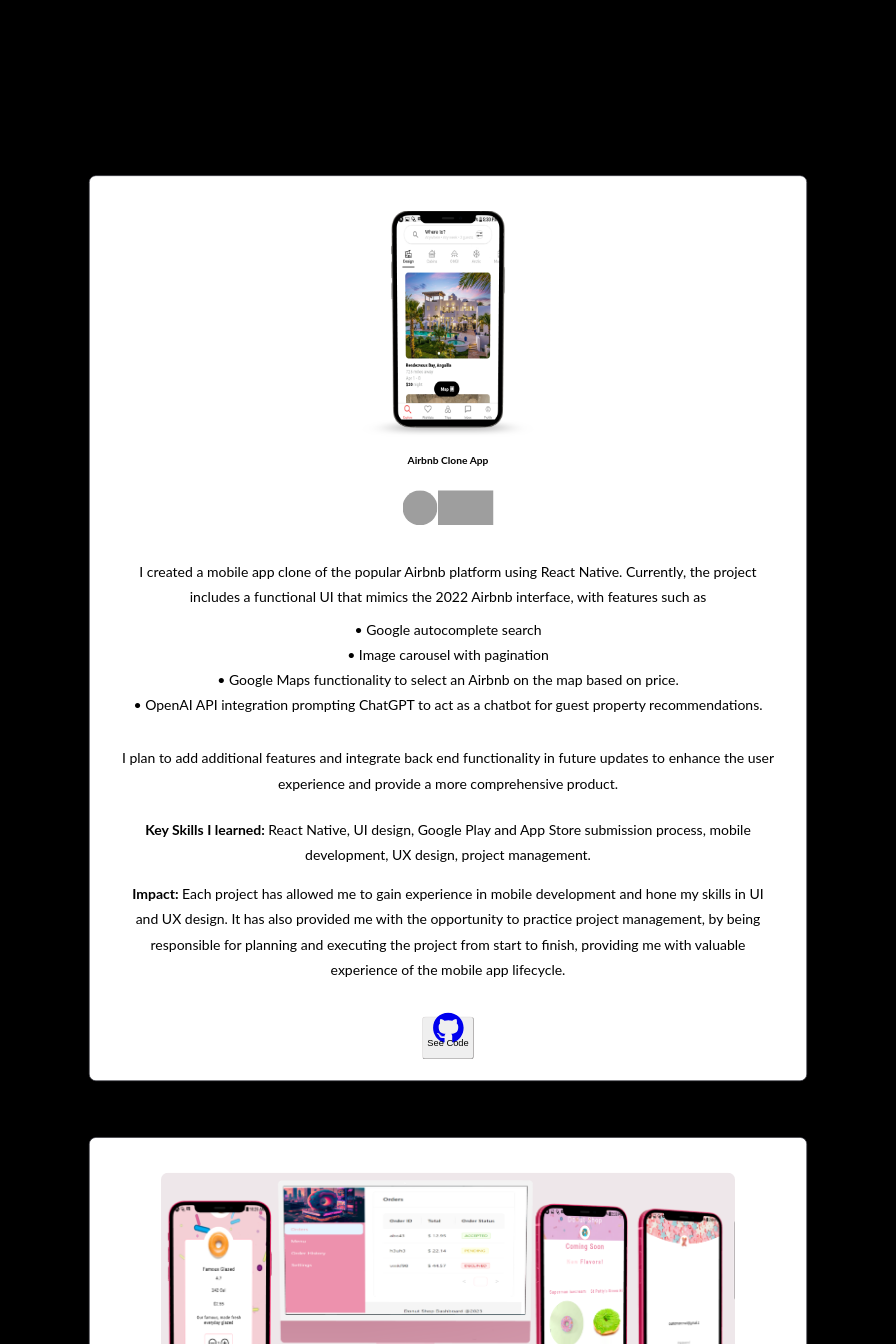
Repository: JamesPesenti/portfolio
Page: /
The author's editor kept a copy of each file at every save. The page is drawn from the files as they stood at one save, then again after the next save.
The browser window is 1280 px wide. The pictures show the part of the page from y = 1279 to 3199 px (the page is 6929 px tall), at 70% of full size.
Pictures or frames that could not be fetched are drawn as grey boxes. The project was rebuilt for these pictures with package versions that can differ from the ones it lists, and the page was loaded fresh each time. Imported but missing from the stored project, and not drawn on this page: src/Components/James Pesenti Resume 2023.pdf.

Above is the page before, as saved 2023-05-31 12:52:02.

### public/index.html
<!DOCTYPE html>
<html lang="en">
  <head>
    <meta charset="utf-8" />
    <link rel="" href="" />
    <meta name="viewport" content="width=device-width, initial-scale=1" />
    <meta name="theme-color" content="#000000" />
    <meta name="description" content="James Pesenti Portfolio 2023" />
    <link rel="apple-touch-icon" href="" />
    <link rel="manifest" href="%PUBLIC_URL%/manifest.json" />

    <title>Portfolio 2023</title>

  </head>
  <body>
    <div id="root"></div>
  </body>
</html>

### src/Components/Navbar.jsx
import React, {Component} from 'react'
import { FaGithub } from "react-icons/fa";
import { FaEnvelope } from "react-icons/fa";
import { FaFile } from "react-icons/fa";
import Pdf from "../Components/James Pesenti Resume 2023.pdf"


const Navbar = () => {
  return (
    <>
          <div className="navbar flex">
            <div className="container">
                <nav>
                  <ul style={{textAlign: "center", marginTop: 70, position: 'relative', left: 0, top: -2}}>
                    <li>
                      <a className="App-link"  href="mailto:jamespesenti91@gmail.com" target="_blank" rel="noopener noreferrer">
                      <FaEnvelope size={35} style={{display: "flex", textAlign: "center", marginLeft: 10}}/>
                          Contact
                      </a>
                    </li>
                    <li>
                      <a className="App-link" href="https://github.com/JamesPesenti" target="_blank" rel="noopener noreferrer">
                        <FaGithub size={35} style={{display: "flex", textAlign: "center", marginLeft: 10}} />
                        GitHub
                      </a>
                    </li>
                    <li>
                      <a className="App-link" href={Pdf} target="_blank" rel="noopener noreferrer">
                        <FaFile size={35} style={{display: "flex", textAlign: "center", marginLeft: 10}} />
                        Resume
                      </a>
                    </li>
                  </ul>
                </nav>
                {/* <h4 style={{color: "white", textAlign: 'center', marginBottom:-440}}>
                  See my work below and send a message to get in touch
                </h4> */}
            </div>
          </div>
    </>
  )
}

export default Navbar

### src/Components/AboutMe.jsx
import React from 'react'
import { FontAwesomeIcon } from '@fortawesome/react-fontawesome'
import { FaGithub } from "react-icons/fa";
import { FaMapPin } from "react-icons/fa";

const AboutMe = () => {
  return (
    <>

        <div style={{justifyContent: "center", textAlign: "center", color: "white", padding: 50,}}>
            {/* Spinning image  */}
            {/* <img style={{padding: 10, borderRadius: "50%", width: 200, height: 200,}} src="/images/IMG_1619.jpg" className="App-logo" alt="logo" /> */}
            <img style={{padding: 10, borderRadius: "50%", width: 200, height: 200,}} src="/images/IMG_1619.jpg" alt="logo" />
            <h1>I'm James Pesenti</h1>
            <h2>a Software Developer building mobile apps and websites</h2>
              <FaMapPin size={20} style={{position: "relative", top: 5, right: 65, }} />
              <h3 style={{marginTop: -24}}> Chicago, IL</h3>
        </div>

</>
  )
}

export default AboutMe

### src/Components/Scroll.jsx
import React from 'react'
import '../CSS/App.css';


const Scroll = () => {

  return (
    <>

        <div style={{marginBottom: 400, justifyContnent: 'center'}} id="section09" class="demo">
          <a href="#parallaxContainer">
            <span></span>
            Scroll down to see my work
          </a>
        </div>

    </>
  )
}

export default Scroll

### src/Components/MyProjects.jsx
import UberGoogleButton from "../Components/UberGoogleButton"
import AstonGoogleButton from "./AstonGoogleButton"
import AstonAppleButton from "./AstonAppleButton"
import BarceGoogleButton from "../Components/BarceGoogleButton"
import BarceAppleButton from "./BarceAppleButton"
import { FaGithub } from "react-icons/fa";

const MyProjects = () => {
  return (

  <>
    <div id="parallaxContainer">

    {/* Airbnb Clone */}
    <div style={{ justifyContent: 'center', alignItems: 'center',  width: "80%", borderRadius: 10}} className="box">
            <div>
                <img style={{ borderRadius: 10, marginTop: 50, marginBottom: -35, width: "48%", height: 350, transition: ".7s", }} src="images/mockrocket-capture (11).png" />
            </div>
            <h4 style={{textAlign: 'center'}}>Airbnb Clone App</h4>
                <div style={{flexDirection: "row", padding: 10, borderRadius: 10, marginBottom: -40,}}>
                  <img style={{width: 50, height: 50, borderRadius: 50}} src="https://i.pinimg.com/originals/8a/02/1a/8a021aa097236b42dd71fb731e3d894d.gif"/>
                  <img style={{width: 80, height: 50, }} src="https://www.datocms-assets.com/45470/1631026680-logo-react-native.png"  />
                  {/* <img style={{width: 50, height: 50, }} src="https://pbs.twimg.com/profile_images/1114309924551417856/FKA4cm2x_400x400.png"  /> */}
                </div>
           <div>
            <p style={{fontSize: 20, textAlign: 'center', padding: 50, marginBottom: -60}}>I created a mobile app clone of the popular Airbnb platform using React Native. Currently, the project includes a functional UI that mimics the 2022 Airbnb interface, with features such as</p>
            <p style={{fontSize: 20, padding: 0, marginBottom: -20}}>&#8226; Google autocomplete search</p>
            <p style={{fontSize: 20,  padding: 0, marginBottom: -20}}>&#8226; Image carousel with pagination</p>
            <p style={{fontSize: 20, paddingHorizontal: 0, marginBottom: -20}}> &#8226; Google Maps functionality to select an Airbnb on the map based on price.</p>
            <p style={{fontSize: 20, paddingHorizontal: 0, marginBottom: -20}}> &#8226; OpenAI API integration prompting ChatGPT to act as a chatbot for guest property recommendations.</p>

            <p style={{fontSize: 20, textAlign: 'center', padding: 40, marginBottom: -60}}>I plan to add additional features and integrate back end functionality in future updates to enhance the user experience and provide a more comprehensive product.</p>
            <p style={{fontSize: 20, textAlign: 'center', padding: 30, marginBottom: -80}}><b> Key Skills I learned: </b>React Native, UI design, Google Play and App Store submission process, mobile development, UX design, project management.</p>
            <p style={{fontSize: 20, textAlign: 'center', padding: 50}}><b> Impact: </b> Each project has allowed me to gain experience in mobile development and hone my skills in UI and UX design. It has also provided me with the opportunity to practice project management, by being responsible for planning and executing the project from start to finish, providing me with valuable experience of the mobile app lifecycle.</p>
           </div>

           <div style={{flexDirection: "row"}}>
                {/* <UberGoogleButton  /> */}
                <button style={{marginTop: 10}} type="button" className="codeButton">
                  <a href="https://github.com/JamesPesenti/Airbnb" target="_blank" rel="noopener noreferrer">
                    <FaGithub  size={45} style={{ marginTop: -80, marginBottom: -25, justifyContent: "center", textAlign: "center"}} />
                  </a>
                  <p>See Code</p>
                </button>
                {/* <AstonAppleButton  /> */}
            </div>

        </div>


     {/* Donut Shop App */}
     <div style={{marginTop: 80, marginBottom: 20, justifyContent: 'center', alignItems: 'center',  width: "80%", borderRadius: 10}} className="box">
            <div>
                <img style={{ borderRadius: 10, marginTop: 50, width: "80%", height: 350, transition: ".7s", }} src="/images/appAndDashMock.png" />
            </div>
            <h4 style={{textAlign: 'center'}}>Donut Shop App & Dashboard</h4>
                <div style={{flexDirection: "row", padding: 10, borderRadius: 10, marginBottom: -40,}}>
                  <img style={{width: 50, height: 50, borderRadius: 50}} src="https://i.pinimg.com/originals/8a/02/1a/8a021aa097236b42dd71fb731e3d894d.gif"/>
                  <img style={{width: 80, height: 50, }} src="https://www.datocms-assets.com/45470/1631026680-logo-react-native.png"  />
                  <img style={{width: 50, height: 50, }} src="https://pbs.twimg.com/profile_images/1114309924551417856/FKA4cm2x_400x400.png"  />
                </div>
            <p style={{fontSize: 20,textAlign: 'center', padding: 50}}>I built this full stack Donut Shop e-commerce app along with an integratable React.js dashboard for the donut shop to receive a user's order from the app in real time. Users can check out new menu items, order donuts to pick up in store, and sign up for donut rewards.</p>

            <div style={{flexDirection: "row"}}>
                <UberGoogleButton  />
                <button style={{marginTop: 40}} type="button" className="codeButton">
                  <a href="https://github.com/JamesPesenti/Donut_Shop" target="_blank" rel="noopener noreferrer">
                    <FaGithub  size={45} style={{ marginTop: -80, marginBottom: -25, justifyContent: "center", textAlign: "center"}} />
                  </a>
                  <p>See Code</p>
                </button>
                <AstonAppleButton  />
            </div>

        </div>


    {/* Uber Eats App */}
    <div style={{marginTop: 80, marginBottom: 60, justifyContent: 'center', alignItems: 'center',  width: "80%", borderRadius: 10}} className="box">
            <div className="imgWrapper" style={{width: 480, height: 350}}>
                <img style={{ borderRadius: 5, marginTop: 50, width: "100%", height: 300, transition: ".7s", }} src="/images/UberEatsLast.png" />
            </div>
            <h4 style={{textAlign: 'center'}}>Uber Eats Clone App</h4>
                <div style={{flexDirection: "row", padding: 10, borderRadius: 10, marginBottom: -40,}}>
                  <img style={{width: 50, height: 50, borderRadius: 50}} src="https://i.pinimg.com/originals/8a/02/1a/8a021aa097236b42dd71fb731e3d894d.gif"/>
                  <img style={{width: 80, height: 50, }} src="https://www.datocms-assets.com/45470/1631026680-logo-react-native.png"  />
                  <img style={{width: 50, height: 50, }} src="https://pbs.twimg.com/profile_images/1114309924551417856/FKA4cm2x_400x400.png" />
                </div>
            <p style={{fontSize: 20,textAlign: 'center', padding: 50}}>A full stack React Native app inspired by the UberEats user app. I utilized AWS Amplify's datastore to configure the back end to query and save customer's orders and used Amazon Cognito for user registration, authentication, & account recovery.</p>

            <div style={{flexDirection: "row"}}>
                <UberGoogleButton  />
                <button style={{marginTop: 40}} type="button" className="codeButton">
                  <a href="https://github.com/JamesPesenti/UberEatsClone" target="_blank" rel="noopener noreferrer">
                    <FaGithub  size={45} style={{ marginTop: -80, marginBottom: -20, justifyContent: "center", textAlign: "center"}} />
                  </a>
                  <p>See Code</p>
                </button>
                <AstonAppleButton  />
            </div>

        </div>


     {/* Aston Waikiki App */}
       <div style={{marginTop: 80, marginBottom: 120, justifyContent: 'center', alignItems: 'center',  width: "80%", borderRadius: 10}} className="box">
            <div className="imgWrapper" style={{width: 450, height: 350}}>
                <img style={{ marginTop: 50, width: "100%", height: "auto", transition: ".7s", }} src="/images/astonmock.png" />
            </div>
            <h4 style={{textAlign: 'center'}}>Aston Waikiki Hotel UI</h4>
                <div style={{flexDirection: "row", padding: 10, borderRadius: 10, marginBottom: -40,}}>
                  <img style={{width: 50, height: 50, borderRadius: 50}} src="https://i.pinimg.com/originals/8a/02/1a/8a021aa097236b42dd71fb731e3d894d.gif"/>
                  <img style={{width: 80, height: 50, }} src="https://www.datocms-assets.com/45470/1631026680-logo-react-native.png"  />
                </div>
            <p style={{fontSize: 20,textAlign: 'center', padding: 50}}>A React Native UI design I created to reimagine the hotel Aston Waikiki Beach's website into a cross platform mobile app. I used most of the content and images from the current website and utilized both Bottom Tabs, Drawer navigation and other React Native libraries for a better user experience.</p>

            <div style={{flexDirection: "row"}}>
                <AstonGoogleButton  />
                <button style={{marginTop: 40}} type="button" className="codeButton">
                        <a href="https://github.com/JamesPesenti/AstonWaikikiBeachApp" target="_blank" rel="noopener noreferrer">
                            <FaGithub  size={45} style={{ marginTop: -80, marginBottom: -20, justifyContent: "center", textAlign: "center"}} />
                        </a>
                        <p>See Code</p>
                </button>
                <AstonAppleButton  />
            </div>

        </div>


    {/* Barcelona App */}
       <div style={{marginTop: 20, marginBottom: 120, justifyContent: 'center', alignItems: 'center',  width: "80%", borderRadius: 10}} className="box">
            <div className="imgWrapper" style={{width: 650, height: 300}}>
                <img style={{ marginTop: 30, width: "100%", height: 250, transition: ".7s", }} src="/images/barcelonamockup.png" />
            </div>
            <h4 style={{textAlign: 'center'}}>Barcelona Tourist App</h4>
                <div style={{flexDirection: "row", padding: 10, borderRadius: 10, marginBottom: -20,}}>
                <img style={{width: 80, height: 50,}} src="https://www.datocms-assets.com/45470/1631026680-logo-react-native.png"  />
                <img style={{width: 50, height: 50, borderRadius: 50}} src="https://i.pinimg.com/originals/8a/02/1a/8a021aa097236b42dd71fb731e3d894d.gif"/>
                </div>
            <p style={{fontSize: 20, textAlign: 'center', padding: 50}}>I created this React Native app for visitors of Barcelona Spain to save pictures and locations of their favorite places. I used pop-up modals for users to quickly get information on popular sights and used geolocation with google maps so users can save their location and select it on the map.</p>

            <div style={{flexDirection: "row"}}>
               <BarceAppleButton  />
                <button style={{marginTop: 40}} type="button" className="codeButton">
                        <a href="https://github.com/JamesPesenti/BarcelonaApp" target="_blank" rel="noopener noreferrer">
                            <FaGithub  size={45} style={{ marginTop: -80, marginBottom: -20, justifyContent: "center", textAlign: "center"}} />
                        </a>
                        <p>See Code</p>
                </button>
                <BarceGoogleButton  />
            </div>

        </div>

    {/* IAR React App */}
        {/* <div style={{marginBottom: 0, justifyContent: 'center', alignItems: 'center',  width: "80%", borderRadius: 10}} className="box">
            <img style={{ width: 600, height: 350, borderRadius: 10, borderWidth: 2, borderColor: "green"}} src="/images/innermock.png" />
            <h4 style={{textAlign: 'center'}}>Inner Aura Readings Website</h4>
            <div style={{flexDirection: "row", padding: 10, borderRadius: 10}}>
                <img src="https://www.logo.wine/a/logo/React_(web_framework)/React_(web_framework)-Logo.wine.svg" style={{width: 100, height: 50,}} />
                <img className="logoBox" src="https://cdn.pixabay.com/photo/2017/08/05/11/16/logo-2582747_1280.png" style={{width: 50, height: 50,}} />
            </div>
            <p style={{fontSize: 20, textAlign: 'center', padding: 50}}>This was the first official React.js web app that I developed. I made it for a friend who wanted to reach more customers with a mobile friendly website. I made multiple iterations and converted it into a PWA for offline operability with native like performance. </p>
            <button style={{marginTop: 0}} type="button" className="codeButton">
                        <a href="https://github.com/JamesPesenti/InnerAuraReadings2022" target="_blank" rel="noopener noreferrer">
                            <FaGithub  size={45} style={{ marginTop: -80, marginBottom: -20, justifyContent: "center", textAlign: "center"}} />
                        </a>
                        <p>See Code</p>
            </button>

        </div> */}


{/* REapp */}
        {/* <div style={{marginBottom: 100, justifyContent: 'center', alignItems: 'center',  width: "80%", borderRadius: 10,}} className="box">
        <img style={{marginTop: 50, width: 800, height: 350, borderRadius: 10, borderWidth: 2, borderColor: "green"}} src="/images/remockup.png" />
            <h4 style={{textAlign: 'center'}}>Real Estate Listing Website </h4>
            <div style={{flexDirection: "row", padding: 10, borderRadius: 10}}>
                <img src="https://www.logo.wine/a/logo/React_(web_framework)/React_(web_framework)-Logo.wine.svg" style={{width: 100, height: 50,}} />
                <img src="https://img.icons8.com/color/480/cloud-firestore.png" style={{width: 50, height: 50,}} />
                <img src="https://raw.githubusercontent.com/JamesPesenti/RealEstateApp/16b046b3d34b4a26468627e906dc503be8911b73/src/assets/svg/googleIcon.svg" style={{marginBottom: 8, width: 100, height: 30,}} />
            </div>
            <p style={{fontSize: 20, textAlign: 'center', padding: 50}}>Real Estate listing website built with React, FireStore database and Google OAuth to sign in with a google account. You can search listings for rent/sale and login to your account to create a listing and save offers. Inspiration and back-end code taken from Brad Traversey's React course I took on Udemy.</p>
            <button style={{marginTop: 40}} type="button" className="codeButton">
                        <a href="https://github.com/JamesPesenti/RealEstateApp" target="_blank" rel="noopener noreferrer">
                            <FaGithub  size={45} style={{ marginTop: -80, marginBottom: -20, justifyContent: "center", textAlign: "center"}} />
                        </a>
                        <p>See Code</p>
            </button>
        </div> */}

    </div>


    </>
  )
}

export default MyProjects

### src/Components/UberGoogleButton.jsx
import React from 'react'


const UberGoogleButton = () => {
  return (
    <>
    <button type="button" style={{marginRight: 40, borderWidth: .1, borderColor: '#efefef', borderRadius: 5}}>
        <a href="https://expo.dev/accounts/jimpesenti/projects/UberEats/builds/b9dfcb73-dd37-4009-b5f9-7d24a72b937d">
            <img style={{width: 100, height: 50, borderRadius: 0}} src="https://logos-world.net/wp-content/uploads/2020/12/Google-Play-Logo-500x281.png"/>
        </a>
    </button>
    </>
  )
}

export default UberGoogleButton

### src/Components/AstonGoogleButton.jsx
import React from 'react'


const AstonGoogleButton = () => {
  return (
    <>
    <button type="button" style={{marginRight: 40, borderWidth: .1, borderColor: '#efefef', borderRadius: 5}}>
        <a href="https://play.google.com/store/apps/details?id=com.jamespesenti91.astonwaikikibeach">
            <img style={{width: 100, height: 50, borderRadius: 0}} src="https://logos-world.net/wp-content/uploads/2020/12/Google-Play-Logo-500x281.png"/>
        </a>
    </button>
    </>
  )
}

export default AstonGoogleButton

### src/Components/AstonAppleButton.jsx
import React from 'react'

const AstonAppleButton = () => {
  return (
    <>
    <button type="submit" style={{marginLeft: 30, borderWidth: 0,}}  >
        <a href="">
            <img style={{width: 120, height: 50, borderRadius: 0}} src="https://images.squarespace-cdn.com/content/v1/5b549a7f3c3a53487c250f58/1597439116255-P7ME5MNOIWQLJS1X4CPP/Apple+App+Store+Logo+Button.png"/>
        </a>
    </button>
    </>
  )
}

export default AstonAppleButton

### src/Components/BarceGoogleButton.jsx
import React from 'react'


const BarceGoogleButton = () => {
  return (
    <>
    <button type="button" style={{marginLeft: 30, borderWidth: .1, borderColor: '#efefef', borderRadius: 5}}>
        <a href="https://play.google.com/store/apps/details?id=com.jamespesenti91.VisitBarcelona">
            <img style={{width: 100, height: 50, borderRadius: 0}} src="https://logos-world.net/wp-content/uploads/2020/12/Google-Play-Logo-500x281.png" alt="barceButton"/>
        </a>
    </button>
    </>
  )
}

export default BarceGoogleButton

### src/Components/BarceAppleButton.jsx
import React from 'react'

const BarceAppleButton = () => {
  return (
    <>
    <button type="submit" style={{marginRight: 30, borderWidth: 0,}}  >
        <a href="">
            <img style={{width: 120, height: 50, borderRadius: 0}} src="https://images.squarespace-cdn.com/content/v1/5b549a7f3c3a53487c250f58/1597439116255-P7ME5MNOIWQLJS1X4CPP/Apple+App+Store+Logo+Button.png"/>
        </a>
    </button>
    </>
  )
}

export default BarceAppleButton

Loaded but not shown: src/index.js (common file); src/reportWebVitals.js (common file); src/serviceWorkerRegistration.js (137 lines, source omitted); src/App.js (33 lines, source omitted); src/CSS/App.css (351 lines, source omitted); src/CSS/index.css (197 lines, source omitted)

After the next save:
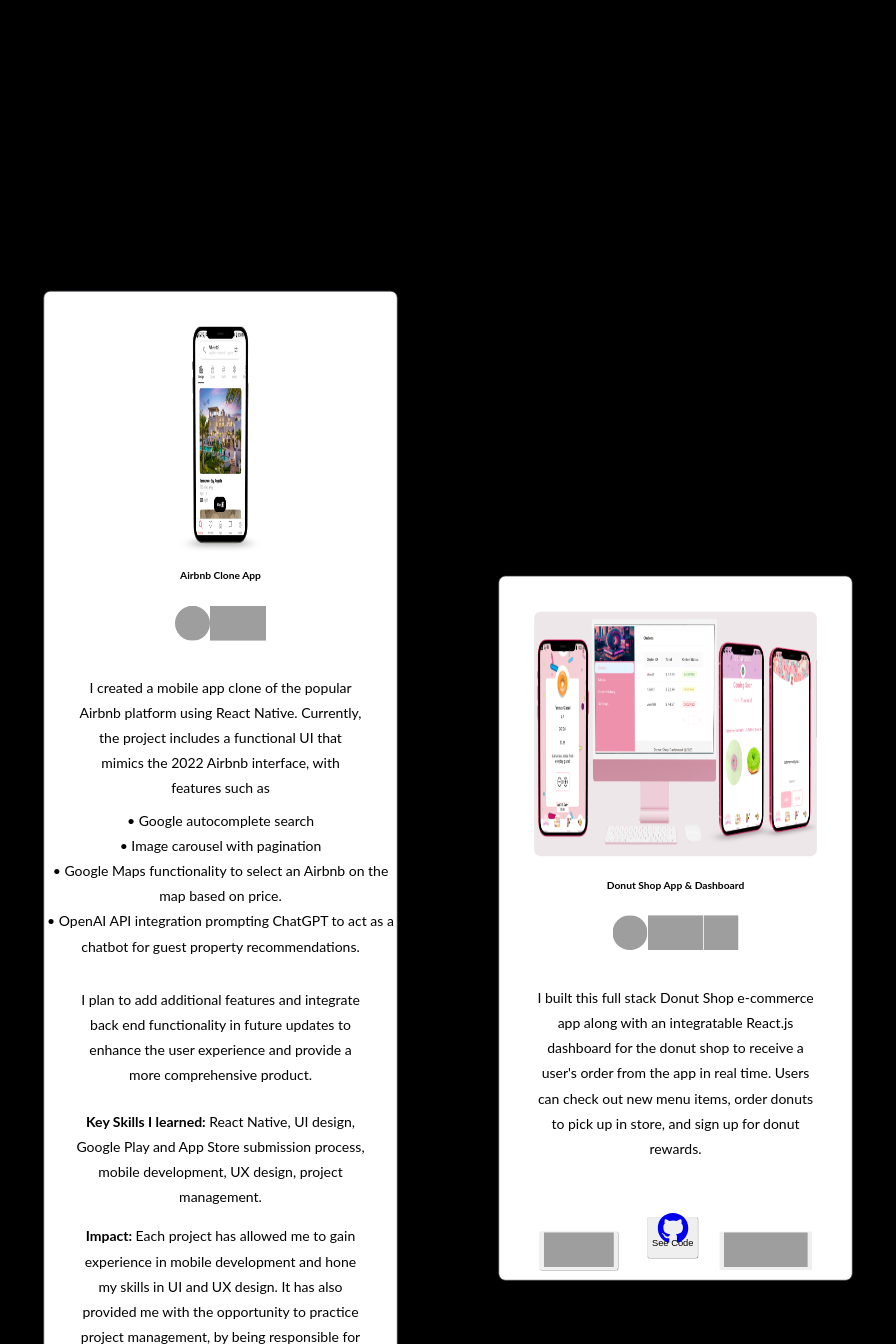
Saved 89 days later.
--- a/src/Components/MyProjects.jsx
+++ b/src/Components/MyProjects.jsx
@@ -9,7 +9,7 @@
   return (
 
   <>
-    <div id="parallaxContainer">
+    <div id="parallaxContainer" style={{ display: 'grid', gridTemplateColumns: 'repeat(2, 1fr)', gap: '20px' }}>
 
     {/* Airbnb Clone */}
     <div style={{ justifyContent: 'center', alignItems: 'center',  width: "80%", borderRadius: 10}} className="box">
